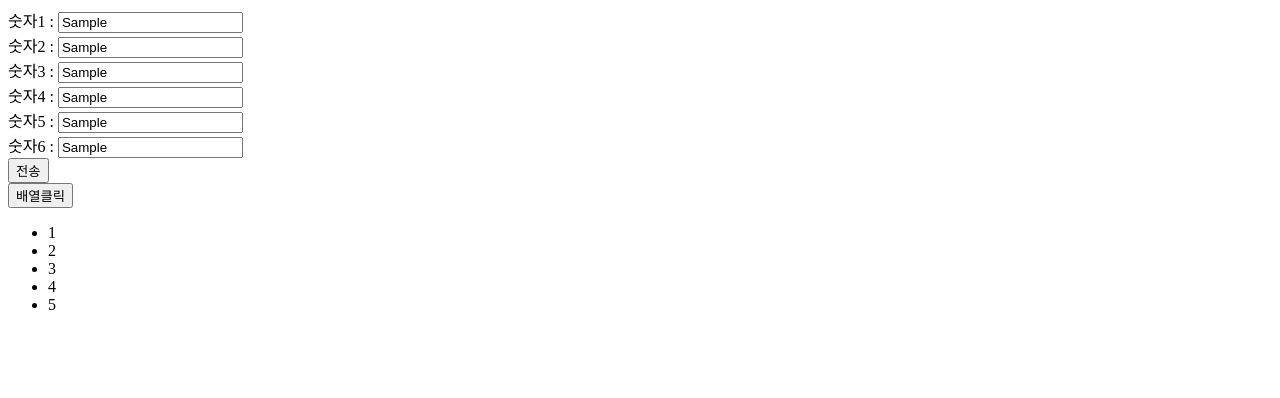
Repository: baeyoomi/version
Page: web/src/main/webapp/lotto.html
The author's editor kept a copy of each file at every save. The page is drawn from the files as they stood at one save, then again after the next save.
The browser window is 1280 px wide. The pictures show the whole page.
Empty fields were first filled with sample values (such as "Sample", 5 or name@example.com).
After loading, the first visible `input[onclick="bbb()"]` was clicked once.

Above is the page before, as saved 2023-08-09 02:17:21.

After the next save:
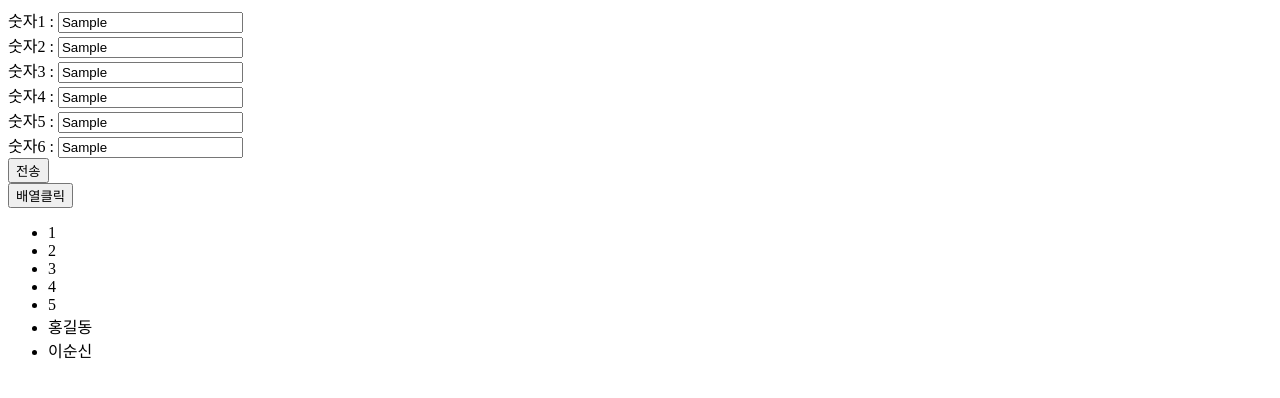
Saved 27 s later.
--- a/web/src/main/webapp/lotto.html
+++ b/web/src/main/webapp/lotto.html
@@ -23,7 +23,7 @@
 	<script>
 		function bbb(){
 			var data = []; //비어있는 배열값
-			var d = [1,2,3,4,5]; //숫자배열
+			var d = [1,2,3,4,5,"홍길동","이순신"]; //숫자배열+문자배열
 			var z = ["1","2","3","4","5"] //문자배열
 			var money = ["2000","5000","1500","8800"]; //문자로 배열입력함
 			console.log(z.length);  //배열갯수
